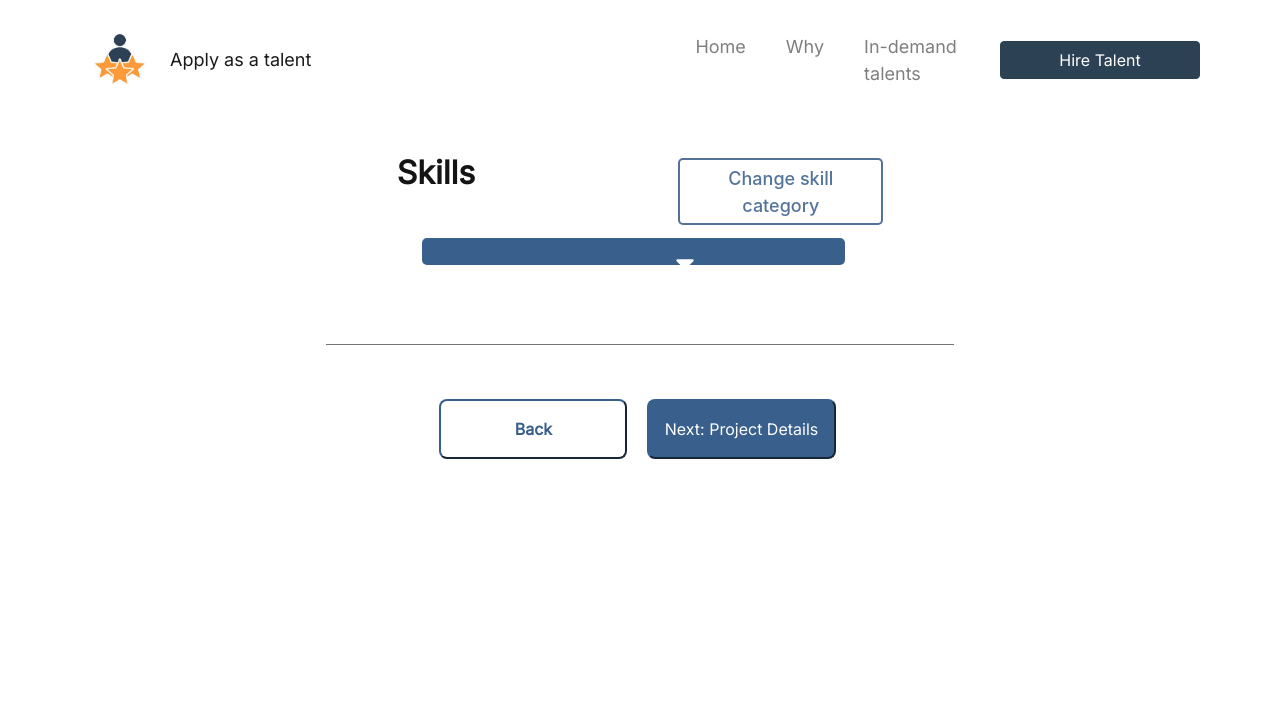
Repository: Ashwe9/talent-hire-reactJs
Page: /skills
The author's editor kept a copy of each file at every save. The page is drawn from the files as they stood at one save, then again after the next save.
The browser window is 1280 px wide. The pictures show the whole page.
The project was rebuilt for these pictures with package versions that can differ from the ones it lists, and the page was loaded fresh each time. Also part of the build but not shown: src/homePage/components/TrustedBy/TrustedBy.css, src/homePage/components/TrustedBy/TrustedBy.js, src/homePage/components/Roles/Roles.css, src/homePage/components/Roles/Roles.js, src/homePage/components/homePageFooter/HomePageFooter.css, src/homePage/components/homePageFooter/HomePageFooter.js, src/homePage/HomePage.js, src/kpisPage/Header.css and 15 more. Imported but missing from the stored project, and not drawn on this page: src/skills/Talents.

Above is the page before, as saved 2022-08-25 15:53:13.

After the next save:
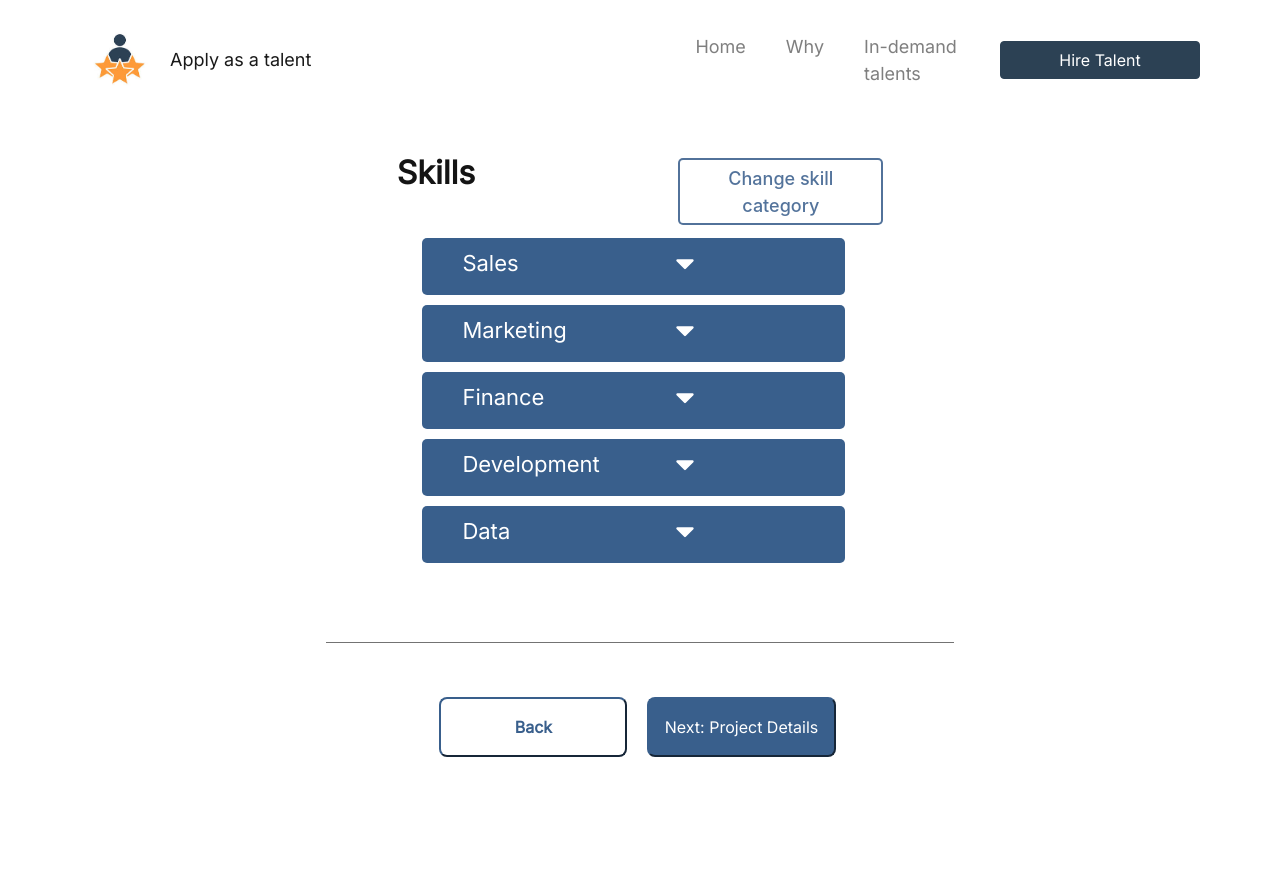
Saved 32 s later.
--- a/src/skills/Skills.js
+++ b/src/skills/Skills.js
@@ -8,10 +8,14 @@ import './Skills.css'
 const Skills = () => {
   return (
     <div>
-        <Navbar />
-        <Header />
-        <DropDown />
-        <Footer nextTitle="Next: Project Details" nextPath="/projectdetails2" previousPath="/professionaldetails"/>
+      <Navbar />
+      <Header />
+      <DropDown title="Sales"/>
+      <DropDown title="Marketing"/>
+      <DropDown title="Finance"/>
+      <DropDown title="Development"/>
+      <DropDown title="Data"/>
+      <Footer nextTitle="Next: Project Details" nextPath="/projectdetails2" previousPath="/professionaldetails"/>
     </div>
   )
 }
